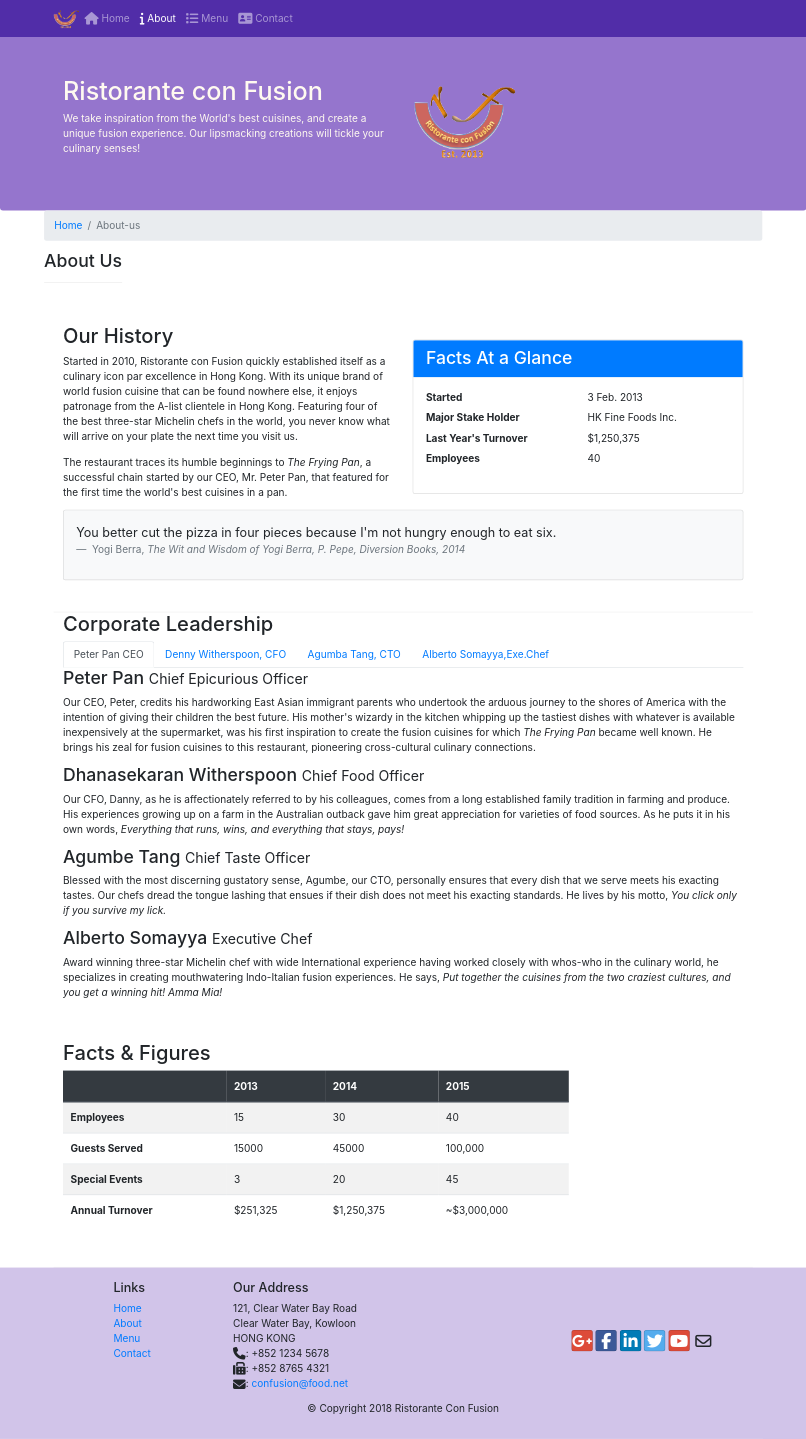
Repository: Samkiroko/Boostrap_intro
Page: about-us.html
An editor plug-in stored every save of this project. The page is shown before and after the next save, followed by the edit.
The browser window is 1280 px wide. The pictures show the whole page, at 63% of full size.
Some web libraries are served in a nearby version.

Above is the page before, as saved 2020-02-01 13:58:20.

### about-us.html
<!DOCTYPE html>
<html lang="en">
  <head>
    <!-- Required meta tags -->
    <meta charset="utf-8" />
    <meta
      name="viewport"
      content="width=device-width, initial-scale=1, shrink-to-fit=no"
    />

    <!-- Bootstrap CSS -->
    <link
      rel="stylesheet"
      href="https://stackpath.bootstrapcdn.com/bootstrap/4.4.1/css/bootstrap.min.css"
      integrity="sha384-Vkoo8x4CGsO3+Hhxv8T/Q5PaXtkKtu6ug5TOeNV6gBiFeWPGFN9MuhOf23Q9Ifjh"
      crossorigin="anonymous"
    />
    <link rel="stylesheet" href="css/bootstrap-social.css" />
    <link
      rel="stylesheet"
      href="node_modules/font-awesome/css/font-awesome.min.css"
    />
    <link
      rel="stylesheet"
      href="node_modules/bootstrap-social/bootstrap-social.css"
    />
    <link rel="stylesheet" href="css/style.css" />
    <title>Ristorante Con Fusion</title>
  </head>

  <body>
    <nav class="navbar navbar-dark navbar-expand-sm  fixed-top">
      <div class="container">
        <button
          class="navbar-toggler"
          type="button"
          data-toggle="collapse"
          data-target="#Navbar"
        >
          <span class="navbar-toggler-icon"></span>
        </button>
        <a href="#" class="navbar-brand mr-auto"
          ><img src="img/logo.png" height="30" width="41" alt=""
        /></a>
        <div class="collapse navbar-collapse" id="Navbar">
          <ul class="navbar-nav mr-auto">
            <li class="nav-item">
              <a class="nav-link" href="./index.html"
                ><span class="fa fa-home fa-lg"></span> Home</a
              >
            </li>
            <li class="nav-item active">
              <a class="nav-link" href="#"
                ><span class="fa fa-info fa-lg"></span> About</a
              >
            </li>
            <li class="nav-item">
              <a class="nav-link" href="#"
                ><span class="fa fa-list fa-lg"></span> Menu</a
              >
            </li>
            <li class="nav-item">
              <a class="nav-link" href="/contactus.html"
                ><span class="fa fa-address-card fa-lg"></span> Contact</a
              >
            </li>
          </ul>
        </div>
      </div>
    </nav>
    <header class="jumbotron">
      <div class="container">
        <div class="row row-header">
          <div class="col-12 col-sm-6">
            <h1>Ristorante con Fusion</h1>
            <p>
              We take inspiration from the World's best cuisines, and create a
              unique fusion experience. Our lipsmacking creations will tickle
              your culinary senses!
            </p>
          </div>
          <div class="col-12 col-sm align-self-center">
            <img src="img/logo.png" alt="Ristorante logo" class="img-fluid" />
          </div>
        </div>
      </div>
    </header>

    <div class="container">
      <div class="row">
        <ol class="col-12 breadcrumb">
          <li class="breadcrumb-item"><a href="/index.html">Home</a></li>
          <li class="breadcrumb-item active">About-us</li>
        </ol>
        <div>
          <h3>About Us</h3>
          <hr />
        </div>
      </div>

      <div class="row row-content align-items-center">
        <div class="col-12 col-sm-6">
          <h2>Our History</h2>
          <p>
            Started in 2010, Ristorante con Fusion quickly established itself as
            a culinary icon par excellence in Hong Kong. With its unique brand
            of world fusion cuisine that can be found nowhere else, it enjoys
            patronage from the A-list clientele in Hong Kong. Featuring four of
            the best three-star Michelin chefs in the world, you never know what
            will arrive on your plate the next time you visit us.
          </p>
          <p>
            The restaurant traces its humble beginnings to
            <em>The Frying Pan</em>, a successful chain started by our CEO, Mr.
            Peter Pan, that featured for the first time the world's best
            cuisines in a pan.
          </p>
        </div>
        <div class="col-12 col-sm-6">
          <div class="card">
            <h3 class="card-header bg-primary text-white">Facts At a Glance</h3>
            <div class="card-body">
              <dl class="row">
                <dt class="col-6">Started</dt>
                <dd class="col-6">3 Feb. 2013</dd>
                <dt class="col-6">Major Stake Holder</dt>
                <dd class="col-6">HK Fine Foods Inc.</dd>
                <dt class="col-6">Last Year's Turnover</dt>
                <dd class="col-6">$1,250,375</dd>
                <dt class="col-6">Employees</dt>
                <dd class="col-6">40</dd>
              </dl>
            </div>
          </div>
        </div>
        <div class="col-12">
          <div class="card card-body bg-light">
            <blockquote class="blockquote">
              <p class="mb-0">
                You better cut the pizza in four pieces because I'm not hungry
                enough to eat six.
              </p>
              <footer class="blockquote-footer">
                Yogi Berra,
                <cite title="Source Title"
                  >The Wit and Wisdom of Yogi Berra, P. Pepe, Diversion Books,
                  2014</cite
                >
              </footer>
            </blockquote>
          </div>
        </div>
      </div>

      <div class="col">
        <div>
          <h2>Corporate Leadership</h2>
          <ul class="nav nav-tabs">
            <li class="nav-item">
              <a
                href="#peter"
                class="nav-link active"
                role="tab"
                data-toggle="tab"
              >
                Peter Pan CEO
              </a>
            </li>
            <li class="nav-item">
              <a href="#danny" class="nav-link" role="tab" data-toggle="tab">
                Denny Witherspoon, CFO
              </a>
            </li>
            <li class="nav-item">
              <a href="#agumba" class="nav-link " role="tab" data-toggle="tab">
                Agumba Tang, CTO
              </a>
            </li>
            <li class="nav-item">
              <a href="#alberto" class="nav-link " role="tab" data-toggle="tab">
                Alberto Somayya,Exe.Chef
              </a>
            </li>
          </ul>
          <div class="tab-content">
            <h3>Peter Pan <small>Chief Epicurious Officer</small></h3>
            <p class="d-none d-sm-block">
              Our CEO, Peter, credits his hardworking East Asian immigrant
              parents who undertook the arduous journey to the shores of America
              with the intention of giving their children the best future. His
              mother's wizardy in the kitchen whipping up the tastiest dishes
              with whatever is available inexpensively at the supermarket, was
              his first inspiration to create the fusion cuisines for which
              <em>The Frying Pan</em> became well known. He brings his zeal for
              fusion cuisines to this restaurant, pioneering cross-cultural
              culinary connections.
            </p>
            <h3>Dhanasekaran Witherspoon <small>Chief Food Officer</small></h3>
            <p class="d-none d-sm-block">
              Our CFO, Danny, as he is affectionately referred to by his
              colleagues, comes from a long established family tradition in
              farming and produce. His experiences growing up on a farm in the
              Australian outback gave him great appreciation for varieties of
              food sources. As he puts it in his own words,
              <em
                >Everything that runs, wins, and everything that stays,
                pays!</em
              >
            </p>
            <h3>Agumbe Tang <small>Chief Taste Officer</small></h3>
            <p class="d-none d-sm-block">
              Blessed with the most discerning gustatory sense, Agumbe, our CTO,
              personally ensures that every dish that we serve meets his
              exacting tastes. Our chefs dread the tongue lashing that ensues if
              their dish does not meet his exacting standards. He lives by his
              motto,
              <em>You click only if you survive my lick.</em>
            </p>
            <h3>Alberto Somayya <small>Executive Chef</small></h3>
            <p class="d-none d-sm-block">
              Award winning three-star Michelin chef with wide International
              experience having worked closely with whos-who in the culinary
              world, he specializes in creating mouthwatering Indo-Italian
              fusion experiences. He says,
              <em
                >Put together the cuisines from the two craziest cultures, and
                you get a winning hit! Amma Mia!</em
              >
            </p>
          </div>
        </div>
      </div>
      <div class="row row-content">
        <div class="col-12 col-sm-9">
          <h2>Facts &amp; Figures</h2>
          <div class="table-responsive">
            <table class="table table-striped">
              <thead class="thead-dark">
                <tr>
                  <th>&nbsp;</th>
                  <th>2013</th>
                  <th>2014</th>
                  <th>2015</th>
                </tr>
              </thead>
              <tbody>
                <tr>
                  <th>Employees</th>
                  <td>15</td>
                  <td>30</td>
                  <td>40</td>
                </tr>
                <tr>
                  <th>Guests Served</th>
                  <td>15000</td>
                  <td>45000</td>
                  <td>100,000</td>
                </tr>
                <tr>
                  <th>Special Events</th>
                  <td>3</td>
                  <td>20</td>
                  <td>45</td>
                </tr>
                <tr>
                  <th>Annual Turnover</th>
                  <td>$251,325</td>
                  <td>$1,250,375</td>
                  <td>~$3,000,000</td>
                </tr>
              </tbody>
            </table>
          </div>
        </div>
        <div class="col-12 colsm3"></div>
      </div>
    </div>

    <footer class="footer">
      <div class="container">
        <div class="row">
          <div class="col-4 offset-1 col-sm-2">
            <h5>Links</h5>
            <ul class="list-unstyled">
              <li><a href="/index.html">Home</a></li>
              <li><a href="/about-us.html">About</a></li>
              <li><a href="#">Menu</a></li>
              <li><a href="#">Contact</a></li>
            </ul>
          </div>
          <div class="col-7 col-sm-5">
            <h5>Our Address</h5>
            <address>
              121, Clear Water Bay Road<br />
              Clear Water Bay, Kowloon<br />
              HONG KONG<br />
              <i class="fa fa-phone fa-lg"></i>: +852 1234 5678<br />
              <i class="fa fa-fax fa-lg"></i>: +852 8765 4321<br />
              <i class="fa fa-envelope fa-lg"></i>:
              <a href="mailto:confusion@food.net">confusion@food.net</a>
            </address>
          </div>
          <div class="col-12 col-sm-4 align-self-center">
            <div class="text-center">
              <div class="text-center">
                <a
                  class="btn btn-social-icon btn-google"
                  href="http://google.com/+"
                  ><i class="fa fa-google-plus"></i
                ></a>
                <a
                  class="btn btn-social-icon btn-facebook"
                  href="http://www.facebook.com/profile.php?id="
                  ><i class="fa fa-facebook"></i
                ></a>
                <a
                  class="btn btn-social-icon btn-linkedin"
                  href="http://www.linkedin.com/in/"
                  ><i class="fa fa-linkedin"></i
                ></a>
                <a
                  class="btn btn-social-icon btn-twitter"
                  href="http://twitter.com/"
                  ><i class="fa fa-twitter"></i
                ></a>
                <a
                  class="btn btn-social-icon btn-google"
                  href="http://youtube.com/"
                  ><i class="fa fa-youtube"></i
                ></a>
                <a class="btn btn-social-icon" href="mailto:"
                  ><i class="fa fa-envelope-o"></i
                ></a>
              </div>
            </div>
          </div>
        </div>
        <div class="row justify-content-center">
          <div class="col-auto">
            <p>© Copyright 2018 Ristorante Con Fusion</p>
          </div>
        </div>
      </div>
    </footer>
    <!-- Optional JavaScript -->
    <!-- jQuery first, then Popper.js, then Bootstrap JS -->
    <script
      src="https://code.jquery.com/jquery-3.4.1.slim.min.js"
      integrity="sha384-J6qa4849blE2+poT4WnyKhv5vZF5SrPo0iEjwBvKU7imGFAV0wwj1yYfoRSJoZ+n"
      crossorigin="anonymous"
    ></script>
    <script
      src="https://cdn.jsdelivr.net/npm/popper.js@1.16.0/dist/umd/popper.min.js"
      integrity="sha384-Q6E9RHvbIyZFJoft+2mJbHaEWldlvI9IOYy5n3zV9zzTtmI3UksdQRVvoxMfooAo"
      crossorigin="anonymous"
    ></script>
    <script
      src="https://stackpath.bootstrapcdn.com/bootstrap/4.4.1/js/bootstrap.min.js"
      integrity="sha384-wfSDF2E50Y2D1uUdj0O3uMBJnjuUD4Ih7YwaYd1iqfktj0Uod8GCExl3Og8ifwB6"
      crossorigin="anonymous"
    ></script>
  </body>
</html>

### css/style.css
body {
  padding: 50px 0px 0px 0px;
  z-index: 0;
}

.navbar-dark {
  background-color: #512da8;
}

.row-header {
  margin: 0px auto;
  padding: 0px auto;
}

.row-content {
  margin: 0px auto;
  padding: 50px 0px 50px 0px;
  border-bottom: 1px ridge;
  min-height: 400px;
}
.footer {
  background-color: #d1c4e9;
  margin: 0px auto;
  padding: 20px 0px 20px 0px;
}
.jumbotron {
  padding: 70px 30px 70px 30px;
  margin: 0px auto;
  background-color: #9575cd;
  color: floralwhite;
}
.address {
  font-size: 80%;
  margin: 0px;
  color: #0f0f0f;
}

Loaded but not shown: css/bootstrap-social.css (library)

After the next save:
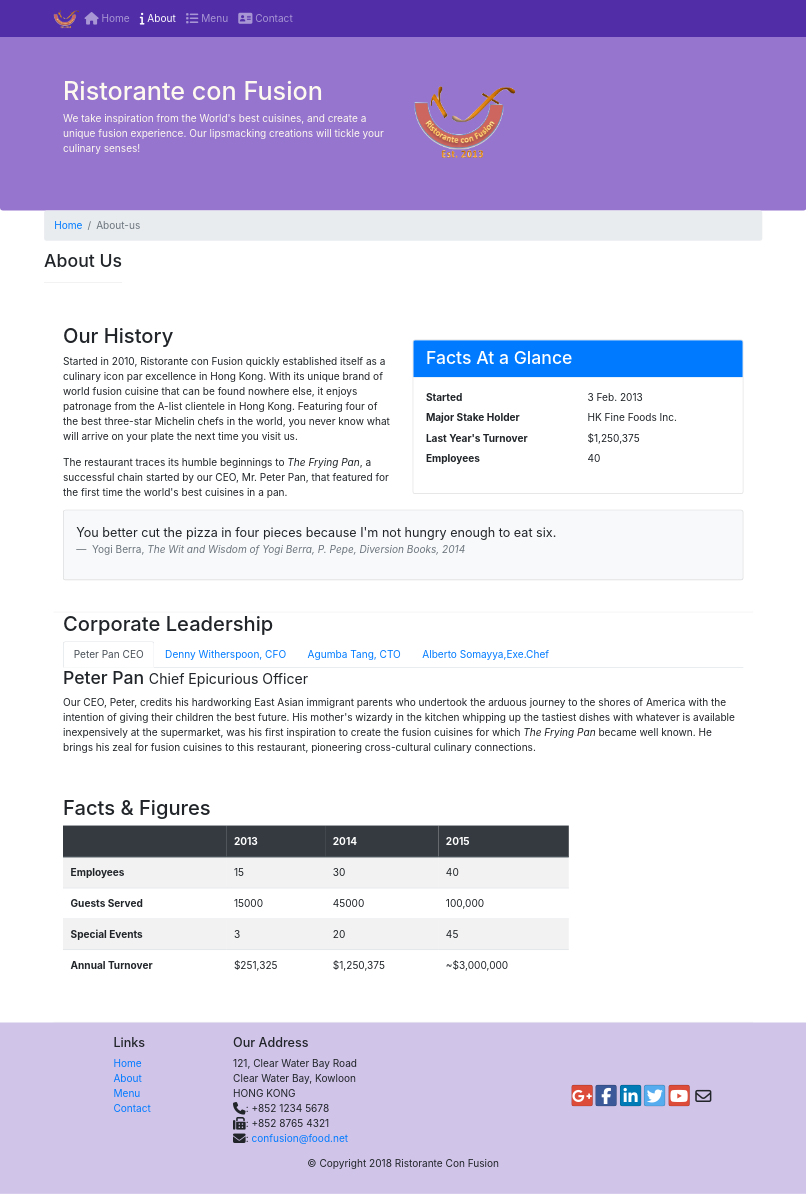
Saved 5 min 47 s later.
--- a/about-us.html
+++ b/about-us.html
@@ -183,50 +183,61 @@
             </li>
           </ul>
           <div class="tab-content">
-            <h3>Peter Pan <small>Chief Epicurious Officer</small></h3>
-            <p class="d-none d-sm-block">
-              Our CEO, Peter, credits his hardworking East Asian immigrant
-              parents who undertook the arduous journey to the shores of America
-              with the intention of giving their children the best future. His
-              mother's wizardy in the kitchen whipping up the tastiest dishes
-              with whatever is available inexpensively at the supermarket, was
-              his first inspiration to create the fusion cuisines for which
-              <em>The Frying Pan</em> became well known. He brings his zeal for
-              fusion cuisines to this restaurant, pioneering cross-cultural
-              culinary connections.
-            </p>
-            <h3>Dhanasekaran Witherspoon <small>Chief Food Officer</small></h3>
-            <p class="d-none d-sm-block">
-              Our CFO, Danny, as he is affectionately referred to by his
-              colleagues, comes from a long established family tradition in
-              farming and produce. His experiences growing up on a farm in the
-              Australian outback gave him great appreciation for varieties of
-              food sources. As he puts it in his own words,
-              <em
-                >Everything that runs, wins, and everything that stays,
-                pays!</em
-              >
-            </p>
-            <h3>Agumbe Tang <small>Chief Taste Officer</small></h3>
-            <p class="d-none d-sm-block">
-              Blessed with the most discerning gustatory sense, Agumbe, our CTO,
-              personally ensures that every dish that we serve meets his
-              exacting tastes. Our chefs dread the tongue lashing that ensues if
-              their dish does not meet his exacting standards. He lives by his
-              motto,
-              <em>You click only if you survive my lick.</em>
-            </p>
-            <h3>Alberto Somayya <small>Executive Chef</small></h3>
-            <p class="d-none d-sm-block">
-              Award winning three-star Michelin chef with wide International
-              experience having worked closely with whos-who in the culinary
-              world, he specializes in creating mouthwatering Indo-Italian
-              fusion experiences. He says,
-              <em
-                >Put together the cuisines from the two craziest cultures, and
-                you get a winning hit! Amma Mia!</em
-              >
-            </p>
+            <div role="tabpanel" class="tab-pane fade show active" id="peter">
+              <h3>Peter Pan <small>Chief Epicurious Officer</small></h3>
+              <p class="d-none d-sm-block">
+                Our CEO, Peter, credits his hardworking East Asian immigrant
+                parents who undertook the arduous journey to the shores of
+                America with the intention of giving their children the best
+                future. His mother's wizardy in the kitchen whipping up the
+                tastiest dishes with whatever is available inexpensively at the
+                supermarket, was his first inspiration to create the fusion
+                cuisines for which
+                <em>The Frying Pan</em> became well known. He brings his zeal
+                for fusion cuisines to this restaurant, pioneering
+                cross-cultural culinary connections.
+              </p>
+            </div>
+            <div role="tabpanel" class="tab-pane fade show " id="danny">
+              <h3>
+                Dhanasekaran Witherspoon <small>Chief Food Officer</small>
+              </h3>
+              <p class="d-none d-sm-block">
+                Our CFO, Danny, as he is affectionately referred to by his
+                colleagues, comes from a long established family tradition in
+                farming and produce. His experiences growing up on a farm in the
+                Australian outback gave him great appreciation for varieties of
+                food sources. As he puts it in his own words,
+                <em
+                  >Everything that runs, wins, and everything that stays,
+                  pays!</em
+                >
+              </p>
+            </div>
+            <div role="tabpanel" class="tab-pane fade show " id="agumba">
+              <h3>Agumbe Tang <small>Chief Taste Officer</small></h3>
+              <p class="d-none d-sm-block">
+                Blessed with the most discerning gustatory sense, Agumbe, our
+                CTO, personally ensures that every dish that we serve meets his
+                exacting tastes. Our chefs dread the tongue lashing that ensues
+                if their dish does not meet his exacting standards. He lives by
+                his motto,
+                <em>You click only if you survive my lick.</em>
+              </p>
+            </div>
+            <div role="tabpanel" class="tab-pane fade show " id="alberto">
+              <h3>Alberto Somayya <small>Executive Chef</small></h3>
+              <p class="d-none d-sm-block">
+                Award winning three-star Michelin chef with wide International
+                experience having worked closely with whos-who in the culinary
+                world, he specializes in creating mouthwatering Indo-Italian
+                fusion experiences. He says,
+                <em
+                  >Put together the cuisines from the two craziest cultures, and
+                  you get a winning hit! Amma Mia!</em
+                >
+              </p>
+            </div>
           </div>
         </div>
       </div>
